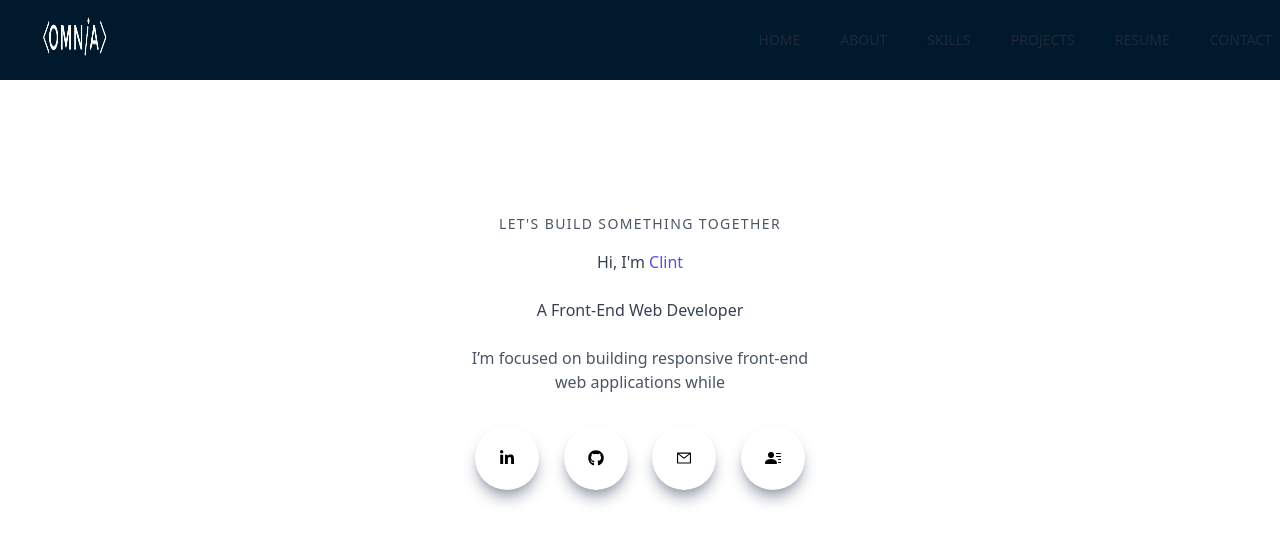
Repository: OmniaRafat232111121/portfolionextjs
Page: /
The author's editor kept a copy of each file at every save. The page is drawn from the files as they stood at one save, then again after a run of saves.
The browser window is 1280 px wide. The pictures show the whole page.
The project was rebuilt for these pictures with package versions that can differ from the ones it lists, and the page was loaded fresh each time. The framework's server and built-in components were replaced by stand-ins that run in the browser. Also part of the build but not shown: next.config.js.

Above is the page before, as saved 2022-09-27 17:10:42.

### pages/_app.js
import Navbar from '../components/Navbar';
import "../styles/global.css"

function MyApp({ Component, pageProps }) {
  return (
    <div>
      <Navbar />
      <Component {...pageProps} />
    </div>
  );
}

export default MyApp;

### pages/index.js
import Head from 'next/head'
import Main from '../components/Main'
export default function Home() {
  return (
    <div>
      <Head>
        <title>Clint | Front-End Developer</title>
        <meta name="description" content="I’m a front-end web developer specializing in building (and occasionally designing) exceptional digital experiences." />
        <link rel="icon" href="/fav.png" />
      </Head>

    <Main />

    </div>
  )
}

### components/Navbar.jsx
import Image from 'next/image';
import Link from 'next/link';
import React, { useState, useEffect } from 'react';
import { AiOutlineClose, AiOutlineMail, AiOutlineMenu } from 'react-icons/ai';
import { FaGithub, FaLinkedinIn } from 'react-icons/fa';
import { BsFillPersonLinesFill } from 'react-icons/bs';
// import { useRouter } from 'next/router';
import NavLogo from '../public/assets/navLogo.png'

const Navbar = () => {
  const [nav, setNav] = useState(false);
  const [shadow, setShadow] = useState(false);
  const [navBg, setNavBg] = useState(' #01192c ');
  const [linkColor, setLinkColor] = useState('#1f2937');
  const handleNav = () => {
    setNav(!nav);
  };

  useEffect(() => {
    const handleShadow = () => {
      if (window.scrollY >= 90) {
        setShadow(true);
      } else {
        setShadow(false);
      }
    };
    window.addEventListener('scroll', handleShadow);
  }, []);

  return (
    <div
      style={{ backgroundColor: `${navBg}` }}
      className={
        shadow
          ? 'fixed w-full h-20 shadow-xl z-[100] ease-in-out duration-300'
          : 'fixed w-full h-20 z-[100]'
      }
    >
      <div className='flex justify-between items-center w-full h-full px-2 2xl:px-16'>
        <Link href='/'>
          <a>
            <Image
              src={NavLogo}
              alt='/'
              width='125'
              height='50'
              className='cursor-pointer'
            />
          </a>
        </Link>
        <div>
          <ul style={{ color: `${linkColor}` }} className='hidden md:flex'>
            <li className='ml-10 text-sm uppercase hover:border-b'>
              <Link href='/'>Home</Link>
            </li>
            <li className='ml-10 text-sm uppercase hover:border-b'>
              <Link href='/#about'>About</Link>
            </li>
            <li className='ml-10 text-sm uppercase hover:border-b'>
              <Link href='/#skills'>Skills</Link>
            </li>
            <li className='ml-10 text-sm uppercase hover:border-b'>
              <Link href='/#projects'>Projects</Link>
            </li>
            <li className='ml-10 text-sm uppercase hover:border-b'>
              <Link href='/resume'>Resume</Link>
            </li>
            <li className='ml-10 text-sm uppercase hover:border-b'>
              <Link href='/#contact'>Contact</Link>
            </li>
          </ul>
          {/* Hamburger Icon */}
          <div
            style={{ color: `${linkColor}` }}
            onClick={handleNav}
            className='md:hidden'
          >
            <AiOutlineMenu size={25} />
          </div>
        </div>
      </div>

      {/* Mobile Menu */}
      {/* Overlay */}
      <div
        className={
          nav ? 'md:hidden fixed left-0 top-0 w-full h-screen bg-black/70' : ''
        }
      >
        {/* Side Drawer Menu */}
        <div
          className={
            nav
              ? ' fixed left-0 top-0 w-[75%] sm:w-[60%] md:w-[45%] h-screen bg-[#01192c] text-white p-10 ease-in duration-500'
              : 'fixed left-[-100%] top-0 p-10 ease-in duration-500'
          }
        >
          <div>
            <div className='flex w-full items-center justify-between'>
              <Link href='/'>
                <a>
                  <Image
                    src={NavLogo}
                    width='87'
                    height='35'
                    alt='/'
                  />
                </a>
              </Link>
              <div
                onClick={handleNav}
                className='rounded-full shadow-lg shadow-gray-400 p-3 cursor-pointer'
              >
                <AiOutlineClose />
              </div>
            </div>
            <div className='border-b border-gray-300 my-4'>
              <p className='w-[85%] md:w-[90%] py-4'>
                Let&#39;s build something legendary together
              </p>
            </div>
          </div>
          <div className='py-4 flex flex-col'>
            <ul className='uppercase'>
              <Link href='/'>
                <li onClick={() => setNav(false)} className='py-4 text-sm'>
                  Home
                </li>
              </Link>
              <Link href='/#about'>
                <li onClick={() => setNav(false)} className='py-4 text-sm'>
                  About
                </li>
              </Link>
              <Link href='/#skills'>
                <li onClick={() => setNav(false)} className='py-4 text-sm'>
                  Skills
                </li>
              </Link>
              <Link href='/#projects'>
                <li onClick={() => setNav(false)} className='py-4 text-sm'>
                  Projects
                </li>
              </Link>
              <Link href='/resume'>
                <li onClick={() => setNav(false)} className='py-4 text-sm'>
                  Resume
                </li>
              </Link>
              <Link href='/#contact'>
                <li onClick={() => setNav(false)} className='py-4 text-sm'>
                  Contact
                </li>
              </Link>
            </ul>
            <div className='pt-40'>
              <p className='uppercase tracking-widest text-[#5651e5]'>
                Let&#39;s Connect
              </p>
              <div className='flex items-center justify-between my-4 w-full sm:w-[80%]'>
                <a
                  href='https://www.linkedin.com/in/clint-briley-50056920a/'
                  target='_blank'
                  rel='noreferrer'
                >
                  <div className='rounded-full shadow-lg shadow-gray-400 p-3 cursor-pointer hover:scale-105 ease-in duration-300'>
                    <FaLinkedinIn />
                  </div>
                </a>
                <a
                  href='https://github.com/fireclint'
                  target='_blank'
                  rel='noreferrer'
                >
                  <div className='rounded-full shadow-lg shadow-gray-400 p-3 cursor-pointer hover:scale-105 ease-in duration-300'>
                    <FaGithub />
                  </div>
                </a>
                <Link href='/#contact'>
                  <div
                    onClick={() => setNav(!nav)}
                    className='rounded-full shadow-lg shadow-gray-400 p-3 cursor-pointer hover:scale-105 ease-in duration-300'
                  >
                    <AiOutlineMail />
                  </div>
                </Link>
                <Link href='/resume'>
                  <div
                    onClick={() => setNav(!nav)}
                    className='rounded-full shadow-lg shadow-gray-400 p-3 cursor-pointer hover:scale-105 ease-in duration-300'
                  >
                    <BsFillPersonLinesFill />
                  </div>
                </Link>
              </div>
            </div>
          </div>
        </div>
      </div>
    </div>
  );
};

export default Navbar;

### components/Main.jsx
import Link from 'next/link';
import React from 'react';
import { AiOutlineMail } from 'react-icons/ai';
import { BsFillPersonLinesFill } from 'react-icons/bs';
import { FaGithub, FaLinkedinIn } from 'react-icons/fa';

const Main = () => {
  return (
    <div id='home' className='w-full h-screen text-center'>
      <div className='max-w-[1240px] w-full h-full mx-auto p-2 flex justify-center items-center'>
        <div>
          <p className='uppercase text-sm tracking-widest text-gray-600'>
            LET&#39;S BUILD SOMETHING TOGETHER
          </p>
          <h1 className='py-4 text-gray-700'>
            Hi, I&#39;m <span className='text-[#5651e5]'> Clint</span>
          </h1>
          <h1 className='py-2 text-gray-700'>A Front-End Web Developer</h1>
          <p className='py-4 text-gray-600 sm:max-w-[70%] m-auto'>
            I’m focused on building responsive front-end web applications while

          </p>
          <div className='flex items-center justify-between max-w-[330px] m-auto py-4'>
            <a
              href='https://www.linkedin.com/in/clint-briley-50056920a/'
              target='_blank'
              rel='noreferrer'
            >
              <div className='rounded-full shadow-lg shadow-gray-400 p-6 cursor-pointer hover:scale-110 ease-in duration-300'>
                <FaLinkedinIn />
              </div>
            </a>
            <a
              href='https://github.com/fireclint'
              target='_blank'
              rel='noreferrer'
            >
              <div className='rounded-full shadow-lg shadow-gray-400 p-6 cursor-pointer hover:scale-110 ease-in duration-300'>
                <FaGithub />
              </div>
            </a>
            <Link href='/#contact'>
              <div className='rounded-full shadow-lg shadow-gray-400 p-6 cursor-pointer hover:scale-110 ease-in duration-300'>
                <AiOutlineMail />
              </div>
            </Link>
            <Link href='/resume'>
              <div className='rounded-full shadow-lg shadow-gray-400 p-6 cursor-pointer hover:scale-110 ease-in duration-300'>
                <BsFillPersonLinesFill />
              </div>
            </Link>
          </div>
        </div>
      </div>
    </div>
  );
};

export default Main;

Loaded but not shown: pages/_document.js (common file); styles/global.css (common file); tailwind.config.js (common file)

After the next 4 saves:
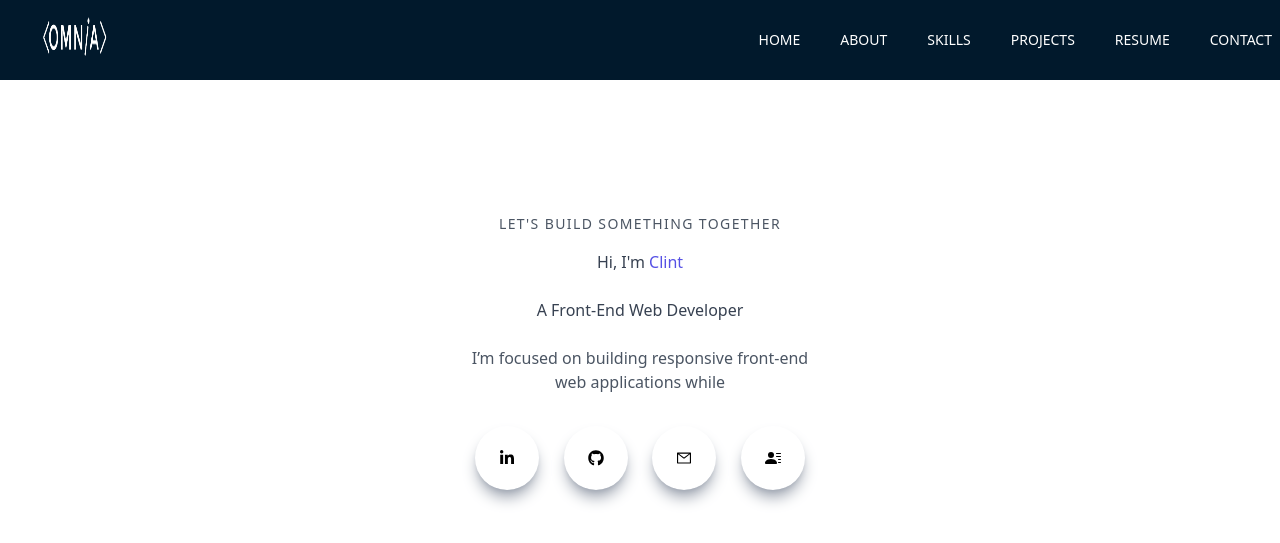
The 4 saves are shown as one change because they came seconds apart.
The last was saved 12 s later.
--- a/components/Navbar.jsx
+++ b/components/Navbar.jsx
@@ -11,7 +11,7 @@ const Navbar = () => {
   const [nav, setNav] = useState(false);
   const [shadow, setShadow] = useState(false);
   const [navBg, setNavBg] = useState(' #01192c ');
-  const [linkColor, setLinkColor] = useState('#1f2937');
+  const [linkColor, setLinkColor] = useState('#fff');
   const handleNav = () => {
     setNav(!nav);
   };
